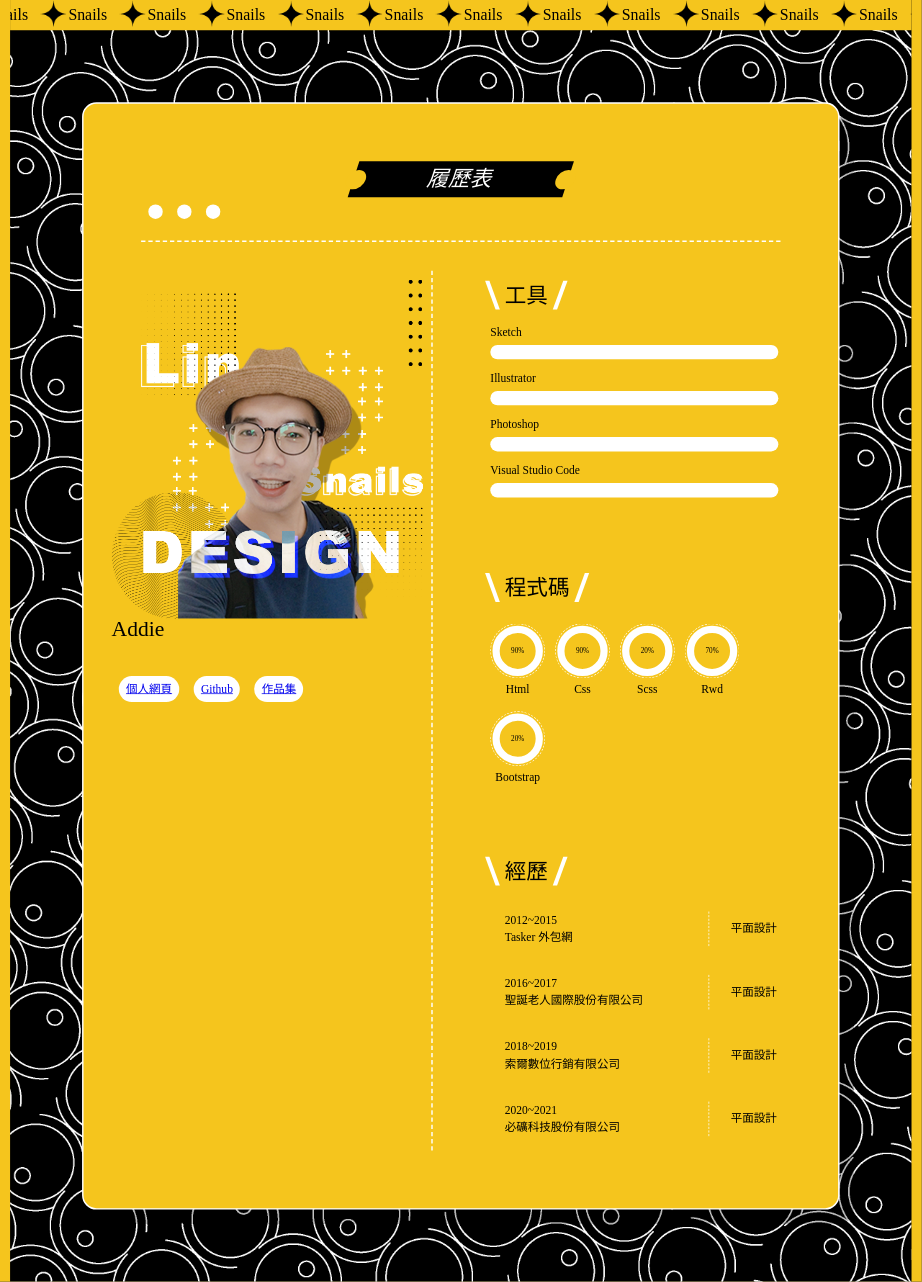
Repository: addie1988/resume
Page: index.html
The author's editor kept a copy of each file at every save. The page is drawn from the files as they stood at one save, then again after the next save.
The browser window is 1280 px wide. The pictures show the whole page, at 72% of full size.

Above is the page before, as saved 2021-11-24 11:52:59.
Not found: js/style.js

### index.html
<!DOCTYPE html>
<html lang="en">

<head>
    <meta charset="UTF-8">
    <meta http-equiv="X-UA-Compatible" content="IE=edge">
    <meta name="viewport" content="width=device-width, initial-scale=1.0">
    <title>ADDIE</title>
    <link rel="stylesheet" type="text/css" href="./css/style.css">
</head>

<body>

    <!-- personal -->
    <div class="personal">
        <!-- Carousel -->
        <div class="Carousel">
            <div class="Carousel_content" id="Carousel"></div>
        </div>
        <div class="personal_content">
            <!-- resume > 履歷 -->
            <div class="resume">
                <div class="resume_title">
                    <h1>履歷表</h1>
                </div>
                <div class="resume_content">
                    <ul>
                        <li></li>
                        <li></li>
                        <li></li>
                    </ul>
                </div>
                <!-- main -->
                <div class="main">
                    <!-- personal_information > 個人資訊 -->
                    <div class="personal_information">
                        <div class="personal_information_img"><img src="./images/Visualize1.png"></div>
                        <div class="name">
                            <h1>Addie</h1>
                        </div>
                        <!-- work -->
                        <div class="work">
                            <div class="work_contwnt">
                                <ul>
                                    <li><a href="#">個人網頁</a></li>
                                    <li><a href="#">Github</a></li>
                                    <li><a href="#">作品集</a></li>
                                </ul>
                            </div>
                        </div>
                    </div>


                    <!-- personal_experience > 個人經歷 -->
                    <div class="personal_experience">

                        <!-- Code -->
                        <div class="tool">
                            <div class="tool_content">
                                <h1>工具</h1>
                                <ul>
                                    <li>
                                        <p>Sketch</p>
                                        <span></span>
                                    </li>
                                    <li>
                                        <p>Illustrator</p>
                                        <span></span>
                                    </li>
                                    <li>
                                        <p>Photoshop</p>
                                        <span></span>
                                    </li>
                                    <li>
                                        <p>Visual Studio Code</p>
                                        <span></span>
                                    </li>
                                </ul>
                            </div>
                        </div>

                        <!-- Code -->
                        <div class="Code">
                            <div class="Code_content">
                                <h1>程式碼</h1>
                                <ul>
                                    <li>
                                        <div class="chart"><span><i>90%</i></span></div>
                                        <p>Html</p>
                                    </li>
                                    <li>
                                        <div class="chart"><span><i>90%</i></span></div>
                                        <p>Css</p>
                                    </li>
                                    <li>
                                        <div class="chart"><span><i>20%</i></span></div>
                                        <p>Scss</p>
                                    </li>
                                    <li>
                                        <div class="chart"><span><i>70%</i></span></div>
                                        <p>Rwd</p>
                                    </li>
                                    <li>
                                        <div class="chart"><span><i>20%</i></span></div>
                                        <p>Bootstrap</p>
                                    </li>
                                </ul>
                            </div>
                        </div>

                        <!-- work_experience -->
                        <div class="work_experience">
                            <div class="work_experience_content">
                                <h1>經歷</h1>
                                <ul>
                                    <li>
                                        <div class="work_experience_content_title">
                                            <p>2012~2015</p>
                                            <i>Tasker 外包網</i>
                                        </div>
                                        <span>
                                            <section>平面設計</section>
                                        </span>
                                    </li>
                                    <li>
                                        <div class="work_experience_content_title">
                                            <p>2016~2017</p>
                                            <i>聖誕老人國際股份有限公司</i>
                                        </div>
                                        <span>
                                            <section>平面設計</section>
                                        </span>
                                    </li>
                                    <li>
                                        <div class="work_experience_content_title">
                                            <p>2018~2019</p>
                                            <i>索爾數位行銷有限公司</i>
                                        </div>
                                        <span>
                                            <section>平面設計</section>
                                        </span>
                                    </li>
                                    <li>
                                        <div class="work_experience_content_title">
                                            <p>2020~2021</p>
                                            <i>必礦科技股份有限公司</i>
                                        </div>
                                        <span>
                                            <section>平面設計</section>
                                        </span>
                                    </li>
                                </ul>
                            </div>
                        </div>
                    </div>
                </div>
            </div>
        </div>
    </div>

    <!-- js -->
    <script src="./js/style.js"></script>
    <!-- jq -->
    <script src="https://cdnjs.cloudflare.com/ajax/libs/jquery/3.3.1/jquery.min.js"></script>
    <script>
        $('#Carousel').load("./Carousel.html #Carousel");
    </script>

</body>

</html>

### css/style.css
/* http://meyerweb.com/eric/tools/css/reset/
   v2.0 | 20110126
   License: none (public domain)
*/

html,
body,
div,
span,
applet,
object,
iframe,
h1,
h2,
h3,
h4,
h5,
h6,
p,
blockquote,
pre,
a,
abbr,
acronym,
address,
big,
cite,
code,
del,
dfn,
em,
img,
ins,
kbd,
q,
s,
samp,
small,
strike,
strong,
sub,
sup,
tt,
var,
b,
u,
i,
center,
dl,
dt,
dd,
ol,
ul,
li,
fieldset,
form,
label,
legend,
table,
caption,
tbody,
tfoot,
thead,
tr,
th,
td,
article,
aside,
canvas,
details,
embed,
figure,
figcaption,
footer,
header,
hgroup,
menu,
nav,
output,
ruby,
section,
summary,
time,
mark,
audio,
video {
  margin: 0;
  padding: 0;
  border: 0;
  font-size: 100%;
  font: inherit;
  vertical-align: baseline;
}
/* HTML5 display-role reset for older browsers */
article,
aside,
details,
figcaption,
figure,
footer,
header,
hgroup,
menu,
nav,
section {
  display: block;
}
body {
  line-height: 1;
}
ol,
ul {
  list-style: none;
}
blockquote,
q {
  quotes: none;
}
blockquote:before,
blockquote:after,
q:before,
q:after {
  content: "";
  content: none;
}
table {
  border-collapse: collapse;
  border-spacing: 0;
}

/* ---------------------------------------------------------------------------------------------------------------------- */

:root {
  --background-color: #f5c51d;
  --position: relative;
  --font-size: 16px;
  --padding: 100px;
  --color: white;
  --title_h1: 30px;
  --margin_Segmentation: 80px 0 0 0;
}

/* ---------------------------------------------------------------------------------------------------------------------- */

.personal {
  position: var(--position);
  background: url(../images/background.png);
  align-items: center;
  background-color: black;
  border-left: 14px solid var(--background-color);
  border-right: 14px solid var(--background-color);
}

/* Carousel */
.Carousel {
  position: var(--padding);
}

.Carousel_content {
  margin: 0 auto;
}

.Carousel_content ul {
  display: flex;
  overflow: hidden;
  background-color: var(--background-color);
  background-position: center;
}

.Carousel_content ul li {
  margin: 0 18px;
  padding: 10px;
  position: var(--position);
  font-family: serif;
  font-size: 22px;
  animation: Carousel_content_move 30s infinite;
  -webkit-animation: Carousel_content_move 30s infinite;
}

@keyframes Carousel_content_move {
    0% {
        transform: translateX(-1200px);
        -webkit-transform: translateX(-1200px);
        -moz-transform: translateX(-1200px);
        -ms-transform: translateX(-1200px);
        -o-transform: translateX(-1200px);
}
1000% {
    transform: translateX(0px);
    -webkit-transform: translateX(0px);
    -moz-transform: translateX(0px);
    -ms-transform: translateX(0px);
    -o-transform: translateX(0px);
}
}

.Carousel_content ul li::before {
  content: "";
  width: 37px;
  height: 37px;
  display: inline-block;
  background: url(../images/Carousel.png);
  position: absolute;
  left: -30px;
  top: 0px;
}

.personal_content {
  width: 100%;
  height: 100%;
  display: flex;
  justify-content: center;
}

/* resume > 履歷資訊 */
.resume {
  margin: 100px;
  padding: 80px;
  max-width: 900px;
  border: 2px solid white;
  position: var(--position);
  z-index: 77777;
  box-shadow: 20px 20px 0px 0px #0000003d;
  background-color: var(--background-color);
  border-radius: 20px;
  -webkit-border-radius: 20px;
  -moz-border-radius: 20px;
  -ms-border-radius: 20px;
  -o-border-radius: 20px;
}

/* resume_title */
.resume_title {
  display: flex;
  justify-content: center;
  position: relative;
  transform: skewX(-18deg);
  -webkit-transform: skewX(-18deg);
  -moz-transform: skewX(-18deg);
  -ms-transform: skewX(-18deg);
  -o-transform: skewX(-18deg);
}

.resume_title h1 {
  font-size: 30px;
  text-align: center;
  padding: 10px 60px;
  color: white;
  background-color: black;
  width: 20%;
  display: inline-block;
  position: var(--position);
}

.resume_title h1::before {
  content: "";
  width: 27px;
  height: 27px;
  display: inline-block;
  position: absolute;
  left: -10px;
  top: 12px;
  background-color: #f5c51d;
  border-radius: 50%;
  -webkit-border-radius: 50%;
  -moz-border-radius: 50%;
  -ms-border-radius: 50%;
  -o-border-radius: 50%;
}

.resume_title h1::after {
  content: "";
  width: 27px;
  height: 27px;
  display: inline-block;
  position: absolute;
  right: -10px;
  top: 12px;
  background-color: #f5c51d;
  border-radius: 50%;
  -webkit-border-radius: 50%;
  -moz-border-radius: 50%;
  -ms-border-radius: 50%;
  -o-border-radius: 50%;
}

.resume_content {
  margin: 0 auto;
  width: 100%;
  margin: 0 0 40px 0;
}

.resume_content ul {
  display: flex;
  padding: 0 0 20px 0;
  border-bottom: 2px dashed white;
}

.resume_content ul li {
  width: 20px;
  height: 20px;
  margin: 10px;
  display: inline-block;
  background-color: white;
  border-radius: 50%;
  -webkit-border-radius: 50%;
  -moz-border-radius: 50%;
  -ms-border-radius: 50%;
  -o-border-radius: 50%;
  transition: 1s ease-out;
  -webkit-transition: 1s ease-out;
  -moz-transition: 1s ease-out;
  -ms-transition: 1s ease-out;
  -o-transition: 1s ease-out;
}

.resume_content ul li:nth-child(1):hover {
  background-color: red;
}

.resume_content ul li:nth-child(2):hover {
  background-color: yellow;
}

.resume_content ul li:nth-child(3):hover {
  background-color: green;
}

/* ---------------------------------------------------------------------------------------------------------------------- */

/* main */
.main {
  display: flex;
  justify-content: center;
}

/* personal_information > 個人資訊 */

/* personal_information */
.personal_information {
  flex: 0 0 50%;
  max-width: 50%;
  border-right: 2px solid white;
  border-style: dashed;
  margin: 0 40px;
}

.personal_information_img {
  display: flex;
  justify-content: center;
}

.personal_information_img img {
  width: 100%;
  height: 100%;
}

/* ---------------------------------------------------------------------------------------------------------------------- */

/* personal_experience > 個人經歷 */
.personal_experience {
  flex: 0 0 50%;
  max-width: 50%;
  margin: 0 40px;
}

.name h1 {
  font-size: var(--title_h1);
}

/* ---------------------------------------------------------------------------------------------------------------------- */

/* work */
.work {
  position: var(--position);
}

.work_contwnt {
  margin: 40px auto;
}

.work_contwnt ul {
  display: flex;
  flex-wrap: wrap;
}

.work_contwnt ul li {
  margin-right: 10px;
  margin: 10px;
  padding: 10px;
  color: black;
  background-color: white;
  border-radius: 20px;
  -webkit-border-radius: 20px;
  -moz-border-radius: 20px;
  -ms-border-radius: 20px;
  -o-border-radius: 20px;
}

/* ---------------------------------------------------------------------------------------------------------------------- */

/* personal_experience > 個人經歷 */

/* tool */
.tool {
  position: var(--position);
}

.tool_contwnt {
  margin: var(--margin_Segmentation);
}

.tool_content h1 {
  font-size: var(--title_h1);
  position: var(--position);
  display: inline-block;
  padding: 20px;
}

.tool_content h1::before {
  content: "";
  width: 6px;
  height: 40px;
  display: inline-block;
  position: absolute;
  top: 20%;
  left: 0;
  background-color: white;
  transform: skewX(20deg);
  -webkit-transform: skewX(20deg);
  -moz-transform: skewX(20deg);
  -ms-transform: skewX(20deg);
  -o-transform: skewX(20deg);
}

.tool_content h1::after {
  content: "";
  width: 6px;
  height: 40px;
  display: inline-block;
  position: absolute;
  top: 20%;
  right: 0;
  background-color: white;
  transform: skewX(-20deg);
  -webkit-transform: skewX(-20deg);
  -moz-transform: skewX(-20deg);
  -ms-transform: skewX(-20deg);
  -o-transform: skewX(-20deg);
}

.tool_content ul {
  margin: var(--margin_Segmentation);
  margin: 0;
}

.tool_content ul li {
  line-height: 2;
}

.tool_content ul li span {
  width: 100%;
  height: 20px;
  display: inline-block;
  position: relative;
}

.tool_content ul li span::before {
  content: "";
  width: 0;
  height: 20px;
  display: inline-block;
  position: absolute;
  z-index: 4444;
  background-color: black;
  transition: 1s ease-out;
  -webkit-transition: 1s ease-out;
  -moz-transition: 1s ease-out;
  -ms-transition: 1s ease-out;
  -o-transition: 1s ease-out;
  border-radius: 20px;
  -webkit-border-radius: 20px;
  -moz-border-radius: 20px;
  -ms-border-radius: 20px;
  -o-border-radius: 20px;
}

.tool_content ul li:hover span::before {
  width: 100%;
}

.tool_content ul li:nth-child(1):hover span::before {
  width: 35%;
}

.tool_content ul li:nth-child(2):hover span::before {
  width: 85%;
}

.tool_content ul li:nth-child(3):hover span::before {
  width: 85%;
}

.tool_content ul li:nth-child(4):hover span::before {
  width: 35%;
}

.tool_content ul li span::after {
  content: "";
  width: 90%;
  height: 20px;
  display: inline-block;
  position: absolute;
  background-color: white;
  border-radius: 20px;
  -webkit-border-radius: 20px;
  -moz-border-radius: 20px;
  -ms-border-radius: 20px;
  -o-border-radius: 20px;
}

/* ---------------------------------------------------------------------------------------------------------------------- */

/* Code */
.Code {
  position: var(--position);
}

.Code_content {
  margin: var(--margin_Segmentation);
}

.Code_content h1 {
  font-size: var(--title_h1);
  position: var(--position);
  display: inline-block;
  padding: 20px;
}

.Code_content h1::before {
  content: "";
  width: 6px;
  height: 40px;
  display: inline-block;
  position: absolute;
  top: 20%;
  left: 0;
  background-color: white;
  transform: skewX(20deg);
  -webkit-transform: skewX(20deg);
  -moz-transform: skewX(20deg);
  -ms-transform: skewX(20deg);
  -o-transform: skewX(20deg);
}

.Code_content h1::after {
  content: "";
  width: 6px;
  height: 40px;
  display: inline-block;
  position: absolute;
  top: 20%;
  right: 0;
  background-color: white;
  transform: skewX(-20deg);
  -webkit-transform: skewX(-20deg);
  -moz-transform: skewX(-20deg);
  -ms-transform: skewX(-20deg);
  -o-transform: skewX(-20deg);
}

.Code_content ul {
  margin: var(--margin_Segmentation);
  display: flex;
  flex-wrap: wrap;
  margin: 0;
}

.Code_content ul li {
  margin: 14px 14px 0 0;
  line-height: 2;
}

.Code_content ul li .chart {
  border: 1px solid white;
  padding: 2px;
  border-style: dashed;
  border-radius: 50%;
  -webkit-border-radius: 50%;
  -moz-border-radius: 50%;
  -ms-border-radius: 50%;
  -o-border-radius: 50%;
}

.Code_content ul li .chart span {
  width: 70px;
  height: 70px;
  display: flex;
  justify-content: center;
  align-items: center;
  position: relative;
}

.Code_content ul li .chart span::before {
  content: "";
  width: 50px;
  height: 50px;
  display: none;
  position: absolute;
  top: 0;
  left: 0;
  z-index: 444;
  border-top: 10px solid black;
  border-left: 10px solid black;
  border-right: 10px solid black;
  border-bottom: 10px solid #f5c51d;
  border-radius: 50%;
  -webkit-border-radius: 10px solid #f5c51d;
  -moz-border-radius: 10px solid #f5c51d;
  -ms-border-radius: 10px solid #f5c51d;
  -o-border-radius: 10px solid #f5c51d;
  animation: chart_move 2s ease-out;
  -webkit-animation: chart_move 2s ease-out;
}

.Code_content ul li:nth-child(1) .chart span::before {
  border-top: 10px solid black;
  border-left: 10px solid black;
  border-right: 10px solid black;
  border-bottom: 10px solid #f5c51d;
}

.Code_content ul li:nth-child(2) .chart span::before {
  border-top: 10px solid black;
  border-left: 10px solid black;
  border-right: 10px solid black;
  border-bottom: 10px solid #f5c51d;
}

.Code_content ul li:nth-child(3) .chart span::before {
  border-top: 10px solid black;
  border-left: 10px solid #f5c51d;
  border-right: 10px solid #f5c51d;
  border-bottom: 10px solid #f5c51d;
}

.Code_content ul li:nth-child(4) .chart span::before {
  border-top: 10px solid black;
  border-left: 10px solid black;
  border-right: 10px solid #f5c51d;
  border-bottom: 10px solid #f5c51d;
}

.Code_content ul li:nth-child(5) .chart span::before {
  border-top: 10px solid black;
  border-left: 10px solid #f5c51d;
  border-right: 10px solid #f5c51d;
  border-bottom: 10px solid #f5c51d;
}

.Code_content ul li:hover .chart span::before {
  display: block;
}

@keyframes chart_move {
  0% {
    opacity: 0;
    transform: rotate(0);
    -webkit-transform: rotate(0);
    -moz-transform: rotate(0);
    -ms-transform: rotate(0);
    -o-transform: rotate(0);
  }
  100% {
    opacity: 1;
    transform: rotate(360deg);
    -webkit-transform: rotate(360deg);
    -moz-transform: rotate(360deg);
    -ms-transform: rotate(360deg);
    -o-transform: rotate(360deg);
  }
}

.Code_content ul li .chart span::after {
  content: "";
  width: 50px;
  height: 50px;
  display: inline-block;
  position: absolute;
  top: 0;
  left: 0;
  border: 10px solid white;
  border-radius: 50%;
  -webkit-border-radius: 50%;
  -moz-border-radius: 50%;
  -ms-border-radius: 50%;
  -o-border-radius: 50%;
}

.Code_content ul li .chart span i {
  font-size: 10px;
}

.Code_content ul li p {
  text-align: center;
}

/* ---------------------------------------------------------------------------------------------------------------------- */

/* work_experience */
.work_experience {
  position: var(--position);
}

.work_experience_content {
  margin: var(--margin_Segmentation);
}

.work_experience_content h1 {
  font-size: var(--title_h1);
  position: var(--position);
  display: inline-block;
  padding: 20px;
}

.work_experience_content h1::before {
  content: "";
  width: 6px;
  height: 40px;
  display: inline-block;
  position: absolute;
  top: 20%;
  left: 0;
  background-color: white;
  transform: skewX(20deg);
  -webkit-transform: skewX(20deg);
  -moz-transform: skewX(20deg);
  -ms-transform: skewX(20deg);
  -o-transform: skewX(20deg);
}

.work_experience_content h1::after {
  content: "";
  width: 6px;
  height: 40px;
  display: inline-block;
  position: absolute;
  top: 20%;
  right: 0;
  background-color: white;
  transform: skewX(-20deg);
  -webkit-transform: skewX(-20deg);
  -moz-transform: skewX(-20deg);
  -ms-transform: skewX(-20deg);
  -o-transform: skewX(-20deg);
}

.work_experience_content ul {
  margin: var(--margin_Segmentation);
  margin: 0;
}

.work_experience_content ul li {
  line-height: 1.5;
  display: flex;
  padding: 20px;
  flex-wrap: wrap;
  overflow: hidden;
  transition: 1s ease-out;
  -webkit-transition: 1s ease-out;
  -moz-transition: 1s ease-out;
  -ms-transition: 1s ease-out;
  -o-transition: 1s ease-out;
}

.work_experience_content ul li:hover {
  border-radius: 50px;
  -webkit-border-radius: 50px;
  -moz-border-radius: 50px;
  -ms-border-radius: 50px;
  -o-border-radius: 50px;
  animation: work_experience_content_move 3s ease-out;
  -webkit-animation: work_experience_content_move 3s ease-out;
}

@keyframes work_experience_content_move {
  0% {
    background-color: #f5c51d;
  }
  25% {
    background-color: aquamarine;
  }
  50% {
    background-color: slateblue;
  }
  100% {
    background-color: black;
  }
}

.work_experience_content ul li:hover .work_experience_content_title {
  color: white;
  border-right: 1px dashed white;
}

.work_experience_content ul li:hover .work_experience_content_title p {
  color: white;
}

.work_experience_content ul li .work_experience_content_title {
  width: 70%;
  border-right: 1px solid white;
  border-style: dashed;
  color: black;
}

.work_experience_content ul li .work_experience_content_title p {
  color: black;
}

.work_experience_content ul li span {
  display: flex;
  align-items: center;
}

.work_experience_content ul li span section {
  margin-left: 30px;
}

.work_experience_content ul li:hover span section {
  color: white;
}

@media screen and (max-width: 900px) {
  .main {
    flex-wrap: wrap;
  }

  .personal_information {
    flex: 0 0 100%;
    max-width: 100%;
  }

  .personal_experience {
    flex: 0 0 100%;
    max-width: 100%;
  }
}

Loaded but not shown: Carousel.html (11 lines, source omitted)

After the next save:
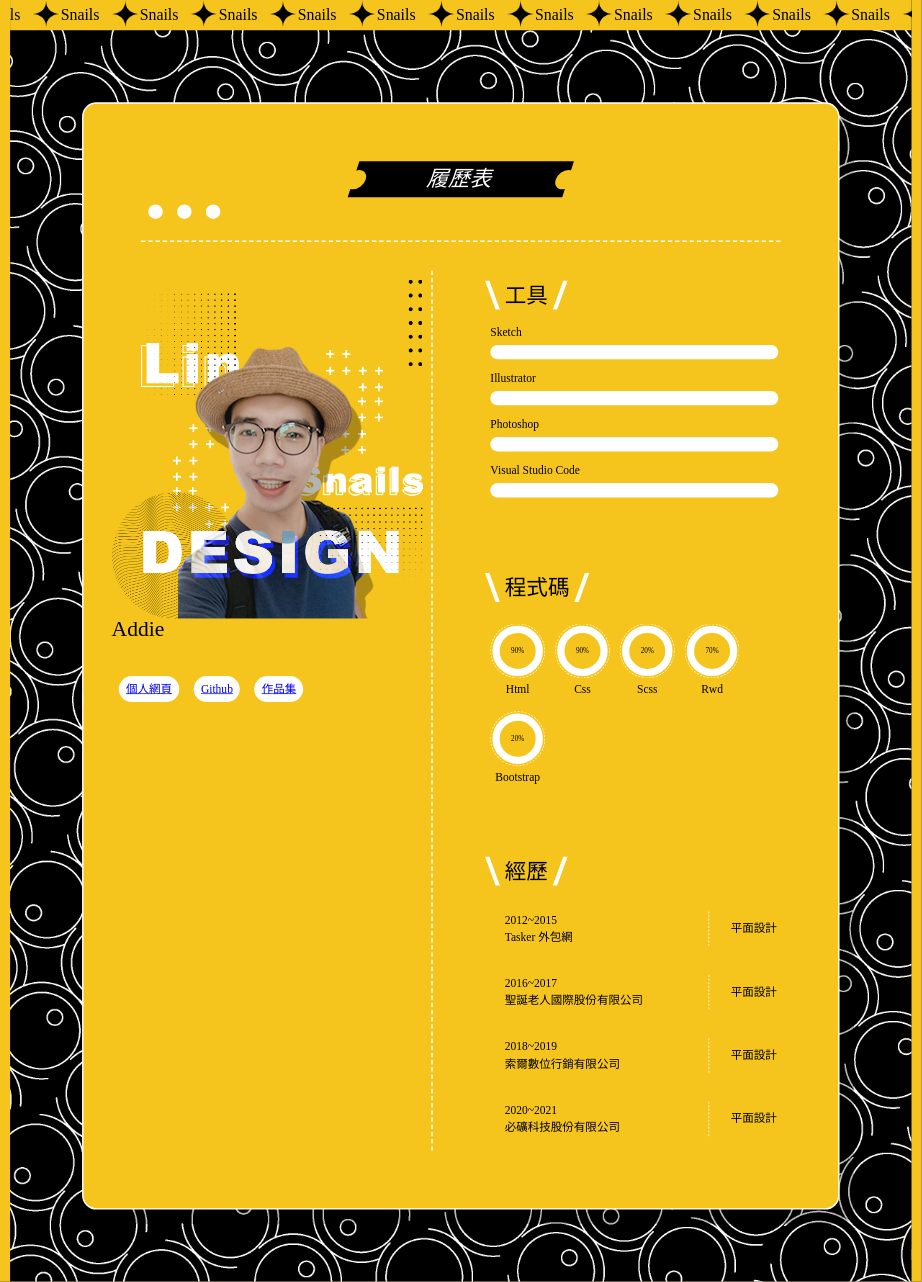
Saved 13 s later.
--- a/css/style.css
+++ b/css/style.css
@@ -179,11 +179,11 @@ table {
 
 @keyframes Carousel_content_move {
     0% {
-        transform: translateX(-1200px);
-        -webkit-transform: translateX(-1200px);
-        -moz-transform: translateX(-1200px);
-        -ms-transform: translateX(-1200px);
-        -o-transform: translateX(-1200px);
+        transform: translateX(-2200px);
+        -webkit-transform: translateX(-2200px);
+        -moz-transform: translateX(-2200px);
+        -ms-transform: translateX(-2200px);
+        -o-transform: translateX(-2200px);
 }
 1000% {
     transform: translateX(0px);
